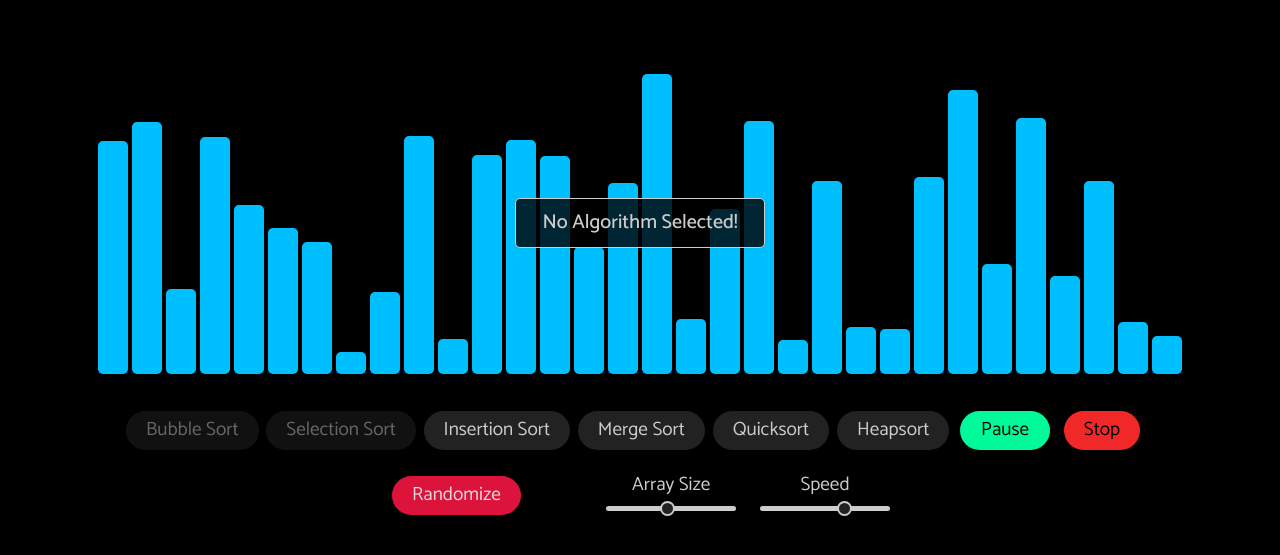
Repository: sneha1010/Sorting-visualizer
Page: index.html
The author's editor kept a copy of each file at every save. The page is drawn from the files as they stood at one save, then again after the next save.
The browser window is 1280 px wide. The pictures show the whole page.
After loading, the first visible `#sort` was clicked once.

Above is the page before, as saved 2022-06-14 17:34:15.

### index.html
<!DOCTYPE html>
<html lang="en">
<head>
    <meta charset="utf-8">
    <meta name="viewport" content="width=device-width, initial-scale=1, shrink-to-fit=no">

    <link rel="stylesheet" href="https://stackpath.bootstrapcdn.com/bootstrap/4.5.2/css/bootstrap.min.css" integrity="sha384-JcKb8q3iqJ61gNV9KGb8thSsNjpSL0n8PARn9HuZOnIxN0hoP+VmmDGMN5t9UJ0Z" crossorigin="anonymous">
    <link href="https://fonts.googleapis.com/css2?family=Catamaran:wght@100;200;300;400;500;600;700;800;900&display=swap" rel="stylesheet">
    <link rel="stylesheet" href="assets/style.css">
    <link rel="shortcut icon" href="assets/favicon.ico" type="image/x-icon">

    <title>Sorting Visualizer</title>
</head>
<body>
    <div class="container">
        <div id="array-container">
            <div id="array"></div>
            <h5 id="no-algo-warning" class="display-none">No Algorithm Selected!</h5>
        </div>
        <div id="algo-container">
            <button id="bubble" class="algo-btn">Bubble Sort</button>
            <button id="selection" class="algo-btn">Selection Sort</button>
            <button id="insertion" class="algo-btn">Insertion Sort</button>
            <button id="merge" class="algo-btn">Merge Sort</button>
            <button id="quick" class="algo-btn">Quicksort</button>
            <button id="heap" class="algo-btn">Heapsort</button>
            <button id="sort">Play</button>
            <button id="stop">Stop</button>
        </div>
        <div id="change-container">
            <button id="randomize">Randomize</button>
            <div id="sliders">
                <div class="slider-container">
                    <label>Array Size</label>
                    <input type="range" id="size-slider" class="slider" autocomplete="off">
                </div>
                <div class="slider-container">
                    <label>Speed</label>
                    <input type="range" id="speed-slider" class="slider" autocomplete="off">
                </div>
            </div>
        </div>
    </div>

    <script src="https://code.jquery.com/jquery-3.4.1.slim.min.js" integrity="sha384-J6qa4849blE2+poT4WnyKhv5vZF5SrPo0iEjwBvKU7imGFAV0wwj1yYfoRSJoZ+n" crossorigin="anonymous"></script>
    <script src="assets/script.js"></script>
    <script src="assets/bubble-sort.js"></script>
    <script src="assets/selection-sort.js"></script>
    <script src="assets/insertion-sort.js"></script>
    <script src="assets/merge-sort.js"></script>
    <script src="assets/quicksort.js"></script>
    <script src="assets/heapsort.js"></script>
</body>
</html>

<!--
    1. pause button
    2. reset button
    3. upper limit-lower limit
    4. ui

 -->

### assets/style.css
*:focus, button:focus {
    outline: none;
}

body {
    background-color: black;
    font-family: "Catamaran", sans-serif;
    color: #ccc;
}

.display-none {
    display: none;
}

.display-flex {
    display: flex;
}

#array-container {
    height: 350px;
    margin-top: 3em;
    display: flex;
    flex-direction: column-reverse;
    position: relative;
}

#array {
    margin: 1em auto;
}

.element {
    display: inline-block;
    border-radius: 5px;
}

#no-algo-warning {
    position: absolute;
    justify-content: center;
    align-items: center;
    top: 0;
    bottom: 0;
    left: 0;
    right: 0;
    margin: auto;
    width: 250px;
    height: 50px;
    text-align: center;
    background-color: rgba(0, 0, 0, 0.8);
    border: 1px solid #ccc;
    border-radius: 5px;
}

#algo-container {
    max-width: 1032px;
    margin: 0.5em auto;
}

.algo-btn, #sort, #stop,#randomize {
    background-color: #222;
    margin: 5px 2px;
    padding: 5px 20px;
    color: #ccc;
    font-size: 1.2em;
    border: none;
    border-radius: 50px;
}

.algo-btn:hover, .algo-btn-active {
    background-color: #ccc;
    color: #222;
}
.algo-btn:disabled{
    opacity: 0.5;
    cursor: not-allowed;
}
#sort {
    /* float: right; */
    width: 90px;
    margin: 5px;
    background-color: mediumspringgreen;
    color: black;
}

#sort:hover, #randomize:hover {
    opacity: 0.8;
}

#sort:disabled, #randomize:disabled {
    opacity: 0.5;
    cursor: not-allowed;
}
#stop {
    /* float: right; */
    margin: 5px;
    background-color: rgb(241, 40, 40);
    color: black;
}
#stop:hover, #randomize:hover {
    opacity: 0.8;
}

#stop:disabled, #randomize:disabled {
    opacity: 0.5;
    cursor: not-allowed;
}
#change-container {
    max-width: 500px;
    margin: 1em auto;
}

#randomize, .slider-container {
    vertical-align: middle;
}

#randomize {
    background-color: crimson;
    color: #ddd;
}

#sliders {
    float: right;
}

.slider-container {
    display: inline-block;
    margin-left: 20px;
}

.slider-container label {
    display: block;
    margin: 0;
    text-align: center;
    font-size: 1.2em;
}

.slider {
    -webkit-appearance: none;
    width: 130px;
    height: 15px;
    background-color: transparent;
}

.slider::-webkit-slider-runnable-track {
    -webkit-appearance: none;
    height: 5px;
    background-color: #ccc;
    border-radius: 5px;
    cursor: pointer;
}

.slider::-moz-range-track {
    height: 5px;
    background-color: #ccc;
    border-radius: 5px;
    cursor: pointer;
}

.slider::-moz-range-progress {
    height: 5px;
    background-color: #777;
    border-radius: 5px;
    cursor: pointer;
}

.slider::-webkit-slider-thumb {
    -webkit-appearance: none;
    background-color: #222;
    border: 2px solid #ccc;
    width: 15px;
    height: 15px;
    border-radius: 15px;
    margin-top: -5px;
}

.slider::-moz-range-thumb {
    background-color: #222;
    border: 2px solid #ccc;
    width: 13px;
    height: 13px;
    border-radius: 13px;
    cursor: pointer;
}

.slider:disabled {
    opacity: 0.5;
}

.slider:disabled::-webkit-slider-runnable-track {
    cursor: not-allowed;
}

.slider:disabled::-moz-range-track {
    cursor: not-allowed;
}

.slider:disabled::-moz-range-progress {
    cursor: not-allowed;
}

.slider:disabled::-moz-range-thumb {
    cursor: not-allowed;
}

### assets/script.js
const MIN_SIZE = 4;
const MAX_SIZE = 64;
const DEFAULT_SIZE = 32;

const MIN_SPEED = 1;
const MAX_SPEED = 4;
const DEFAULT_SPEED = 3;

const MIN = 20;
const MAX = 300;

const WAITING_TIME = 100;

const UNSORTED = 'deepskyblue';
const SORTED = 'mediumspringgreen';
const COMPARE = 'crimson';
const SELECTED = 'blueviolet';
const LEFT = 'gold';
const RIGHT = 'orangered';

var size;
var delay;

var arr = [];

var array_container_width;
var element_width;
var element_width_max;
var margin_element;

var algo_selected;
var run=false;
var first=true;
var halt =false;

var sort_btn=document.getElementsByClassName("algo-btn");

function updateValues() {
    array_container_width = Math.floor( $("#array-container").width() );
    element_width_max = Math.floor(array_container_width / 20);

    margin_element = 2;
    if( parseInt( $(window).width() ) < 1200 )
        margin_element = 1;
}

function findElementWidth() {
    element_width = Math.floor(array_container_width / size);
    element_width -= 2 * margin_element;

    if(element_width > element_width_max)
        element_width = element_width_max;
}

function createArray() {
    arr = [];
    $("#array").html('');

    for(var i = 0; i < size; i++) {
        var n = Math.floor( Math.random() * (MAX - MIN + 1) ) + MIN;
        arr.push(n);

        var $element = $('<div>');
        $element.attr('id', "e" + i);
        $element.attr('class', "element");
        $element.css('background-color', UNSORTED);
        $element.css('width', element_width.toString() + 'px');
        $element.css('height', n.toString() + 'px');
        $element.css('margin-left', margin_element + 'px');
        $element.css('margin-right', margin_element + 'px');
        $element.appendTo("#array");
    }
}

function setHeight(id, height) {
    $("#e" + id).css('height', height);
}

function setColor(id, color) {
    $("#e" + id).css('background-color', color);
}

function setColorRange(p, r, color) {
    for(var i = p; i <= r; i++)
        $("#e" + i).css('background-color', color);
}
function pauseHandler()
{
    const pause = document.getElementById("sort");
    run = run === true ? false : true;
    pause.textContent = run === true ? "Pause" : "Play";
}
async function pauseButton() {
    while (run == false) await sleep(1);
    return;
  }
function swap(a, b) {
    var temp = arr[a];
    arr[a] = arr[b];
    arr[b] = temp;

    var h1 = $("#e" + a).css('height');
    var h2 = $("#e" + b).css('height');

    setHeight(a, h2);
    setHeight(b, h1);
}

function disableOthers() {
    $("#bubble").prop('disabled', true);
    $("#selection").prop('disabled', true);
    $("#randomize").prop('disabled', true);
    $("#size-slider").prop('disabled', true);
}

function enableOthers() {
    $("#sort").prop('disabled', false);
    $("#randomize").prop('disabled', false);
    $("#size-slider").prop('disabled', false);
}

function sleep(ms) {
    return new Promise(resolve => setTimeout(resolve, ms));
}

$(document).ready(function() {
    $("#size-slider").attr('min', MIN_SIZE);
    $("#size-slider").attr('max', MAX_SIZE);
    $("#size-slider").attr('value', DEFAULT_SIZE);

    $("#speed-slider").attr('min', MIN_SPEED);
    $("#speed-slider").attr('max', MAX_SPEED);
    $("#speed-slider").attr('value', DEFAULT_SPEED);

    size = DEFAULT_SIZE;
    delay = WAITING_TIME * Math.pow(2, MAX_SPEED - DEFAULT_SPEED);

    updateValues();

    findElementWidth();
    createArray();

    $("#randomize").click(
        function() {
            createArray();
        }
    );

    $(".algo-btn").click(
        function() {
            algo_selected = $(this).html();

            $(".algo-btn-active").removeClass('algo-btn-active');
            $(this).addClass('algo-btn-active');
        //     var btn=document.getElementsByClassName("algo-btn");
        //     var selected=document.getElementsByClassName("algo-btn-active");
        //    btn.disable=true;
        //   selected.disable=false;
            $("#no-algo-warning").removeClass('display-flex');
            $("#no-algo-warning").addClass('display-none');
        }
    );

    $("#sort").click(
        async function() {
            if(first){
                first=false;
                pauseHandler();

            disableOthers();

            setColorRange(0, size - 1, UNSORTED);

            if(algo_selected == "Bubble Sort"&&run)
                await bubbleSort();
            else if(algo_selected == "Selection Sort")
                await selectionSort();
            else if(algo_selected == "Insertion Sort")
                await insertionSort();
            else  if(algo_selected == "Merge Sort")
                await mergeSort(0, size - 1);
            else if(algo_selected == "Quicksort")
                await quicksort(0, size - 1);
            else if(algo_selected == "Heapsort")
                await heapsort();
            else {
                $("#no-algo-warning").removeClass('display-none');
                $("#no-algo-warning").addClass('display-flex');
            }

            enableOthers();
        }
        else
        pauseHandler();
        }
    );

    $("#stop").click(
       function() {
      halt=true;
        }
    );





// pause.addEventListener("click", () => {
//   run = run === true ? false : true;
//   pause.textContent = run === true ? "Pause" : "Play";
// });
    $("#size-slider").on('input', function() {
        size = $(this).val();

        findElementWidth();
        createArray();
    });

    $("#speed-slider").on('input', function() {
        delay = WAITING_TIME * Math.pow(2, MAX_SPEED - $(this).val());
    });

    $(window).resize(function() {
        if(array_container_width != Math.floor( $("#array-container").width() )) {
            updateValues();

            findElementWidth();

            for(var i = 0; i < size; i++) {
                $("#e" + i).css('width', element_width.toString() + 'px');
                $("#e" + i).css('margin-left', margin_element + 'px');
                $("#e" + i).css('margin-right', margin_element + 'px');
            }
        }
    });
});

### assets/bubble-sort.js
async function bubbleSort() {
    bubble.background="red";
    sort_btn.disable=true;
    var i, j;
    await sleep(delay);
     halt=false;
    for(i = 0; i < size - 1; i++) {
        for(j = 0; j < size - i - 1; j++) {
            await sleep(delay);

            setColor(j, COMPARE);
            setColor(j + 1, COMPARE);
            await sleep(delay);

            if(arr[j] > arr[j + 1]) {
                swap(j, j + 1);
                await sleep(delay);
            }
            if(halt)
            break;
            while(run==false)
            await sleep(1);
            setColor(j, UNSORTED);
            setColor(j + 1, UNSORTED);
        }
       if(halt){
        setColorRange(0, size - 1, UNSORTED);
        break;
       }

        await sleep(delay);

        setColor(j, SORTED);
    }
     if(halt==false){
    setColor(0, SORTED);

     }
     halt=0;
}

### assets/insertion-sort.js
async function insertionSort() {
    var i, j, key;
    await sleep(delay);

    setColor(0, SELECTED);
    await sleep(delay);

    setColor(0, SORTED);

    for(i = 1; i < size; i++) {
        await sleep(delay);
        if(run==false)
        await pauseButton();
        setColor(i, SELECTED);
        await sleep(delay);

        j = i - 1;
        key = arr[i];

        while(j >= 0 && arr[j] > key) {
            if(run==false)
            await pauseButton();
            setColor(j, COMPARE);
            await sleep(delay);
            if(run==false)
            await pauseButton();
            swap(j, j + 1);
            if(run==false)
            await pauseButton();
            setColor(j, SELECTED);
            setColor(j + 1, COMPARE);
            await sleep(delay);
            if(run==false)
            await pauseButton();
            setColor(j + 1, SORTED);
            await sleep(delay);

            j--;
        }

        setColor(j + 1, SORTED);
    }
}

Loaded but not shown: assets/heapsort.js (no copy from this time; the picture is the same without it); assets/merge-sort.js (no copy from this time; the picture is the same without it); assets/quicksort.js (no copy from this time; the picture is the same without it); assets/selection-sort.js (no copy from this time; the picture is the same without it)

After the next save:
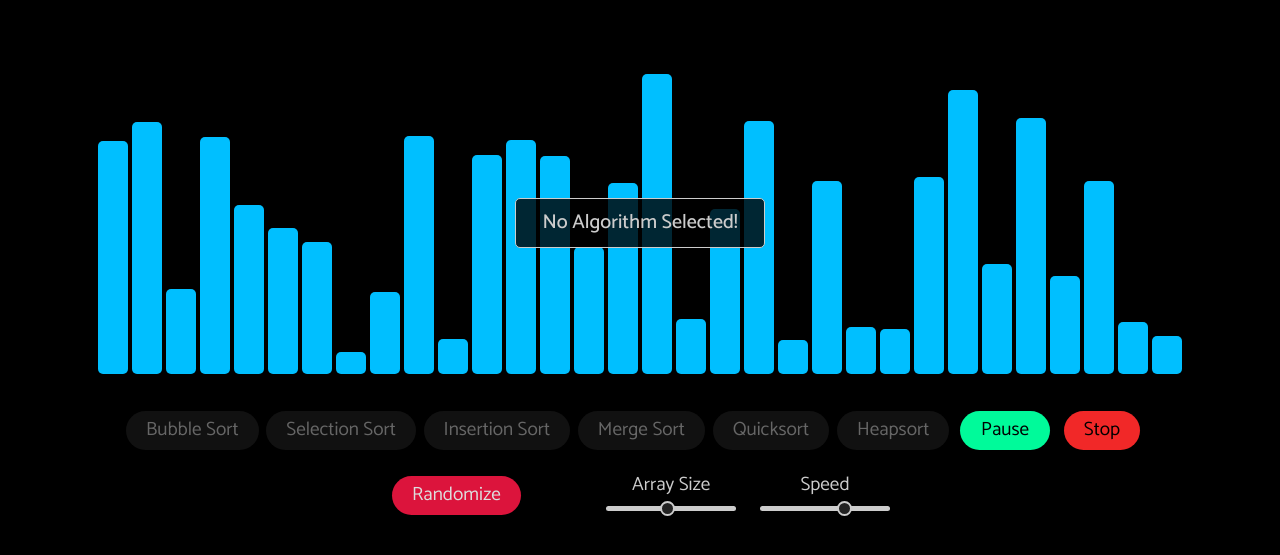
Saved 15 s later.
--- a/assets/script.js
+++ b/assets/script.js
@@ -107,8 +107,8 @@
 }
 
 function disableOthers() {
-    $("#bubble").prop('disabled', true);
-    $("#selection").prop('disabled', true);
+    $(".algo-btn").prop('disabled', true);
+    // $("#selection").prop('disabled', true);
     $("#randomize").prop('disabled', true);
     $("#size-slider").prop('disabled', true);
 }
